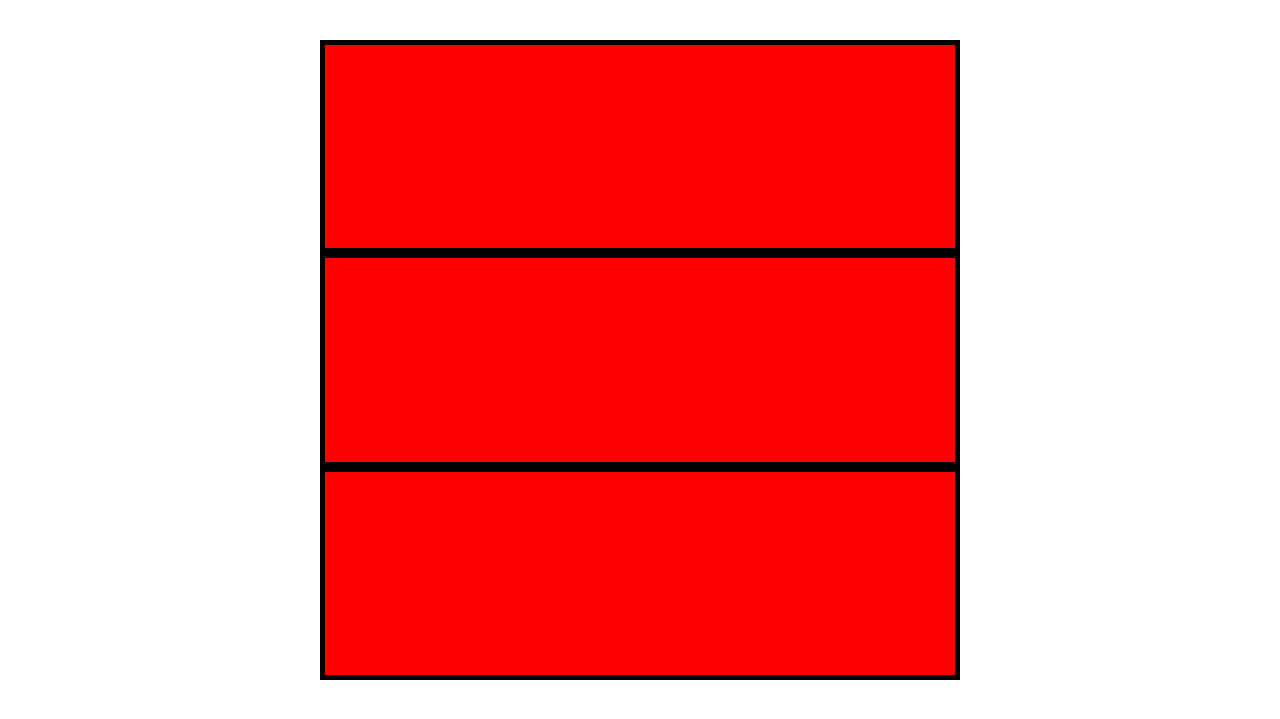
Repository: baumanmilosz/tictactoe
Page: index.html
The author's editor kept a copy of each file at every save. The page is drawn from the files as they stood at one save, then again after the next save.
The browser window is 1280 px wide. The pictures show the whole page.

Above is the page before, as saved 2019-02-21 16:40:24.

### index.html
<!DOCTYPE html>
<html lang="en">

<head>
  <meta charset="UTF-8">
  <meta name="viewport" content="width=device-width, initial-scale=1.0">
  <meta http-equiv="X-UA-Compatible" content="ie=edge">
  <link rel="stylesheet" href="./style.css">
  <title>Tic Tac Toe</title>
</head>

<body>
  <div class="board">
    <div class="row">
      <div class="box"></div>
      <div class="box"></div>
      <div class="box"></div>
    </div>
    <div class="row">
      <div class="box"></div>
      <div class="box"></div>
      <div class="box"></div>
    </div>
    <div class="row">
      <div class="box"></div>
      <div class="box"></div>
      <div class="box"></div>
    </div>
  </div>

  <script src="./script.js"></script>
</body>

</html>

### style.css
* {
  margin: 0;
  padding: 0;
  box-sizing: border-box;
}

html {
  font-size: 10px;
}

body {
  position: relative;
  height: 100vh;
}

.board {
  display: flex;
  flex-wrap: wrap;
  justify-content: center;
  align-items: center;
  position: absolute;
  left: 50%;
  top: 50%;
  transform: translate(-50%, -50%);
  width: 50vw;
  height: 50vw;
  background-color: red;
}

.row {
  width: 100%;
  height: 33.3%;
  display: flex;
  border: 5px solid black;
  cursor: pointer;
}

.box {
}

.box.cross:before{
  content: 'X';
  font-size: 20px;
}

.box.circle::after{
  content: 'O';
  font-size: 20px;
}

### script.js
const boxes = document.querySelectorAll('.box');

let oddPlayer = true;

boxes.forEach(box => box.addEventListener('click', () => {
  if (box.classList.contains('circle') || box.classList.contains('cross')) return;
  oddPlayer ? box.classList.add('circle') : box.classList.add('cross');
  oddPlayer = !oddPlayer;
}));

After the next save:
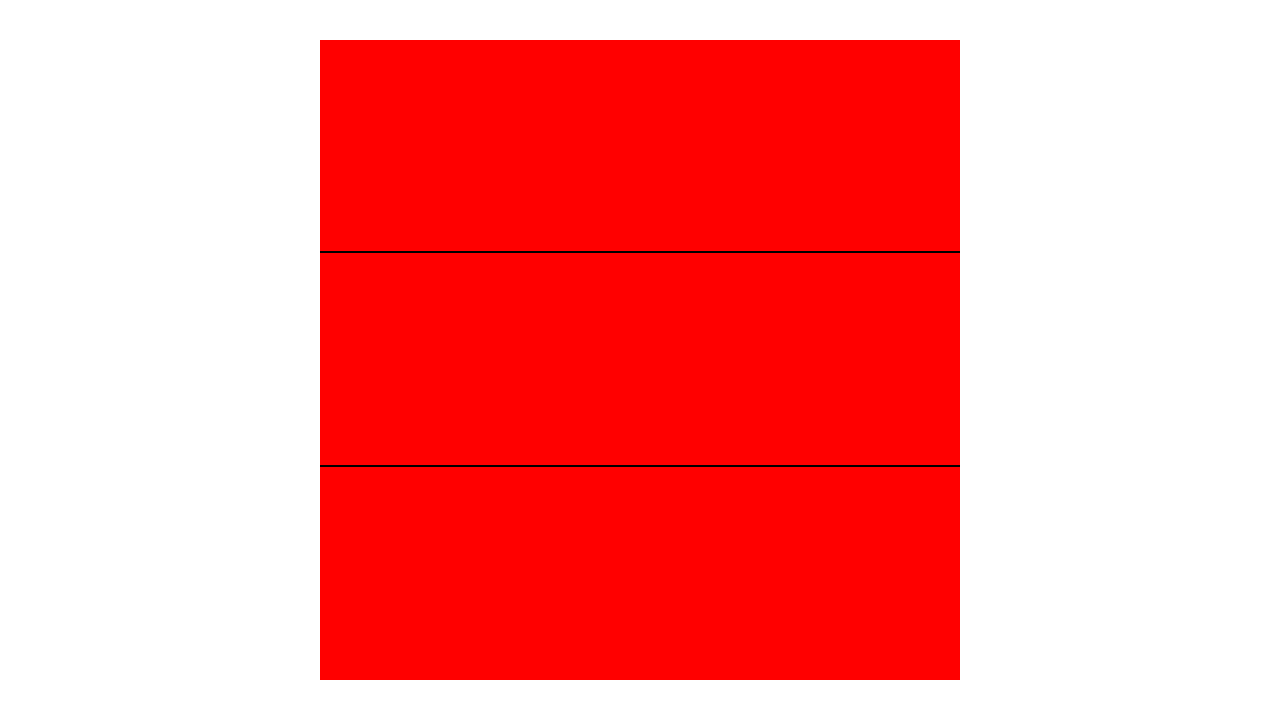
Saved 67 s later.
--- a/style.css
+++ b/style.css
@@ -31,8 +31,11 @@
   width: 100%;
   height: 33.3%;
   display: flex;
-  border: 5px solid black;
   cursor: pointer;
+}
+
+.row:nth-child(1), .row:nth-child(2) {
+  border-bottom: 2px solid black;
 }
 
 .box {
